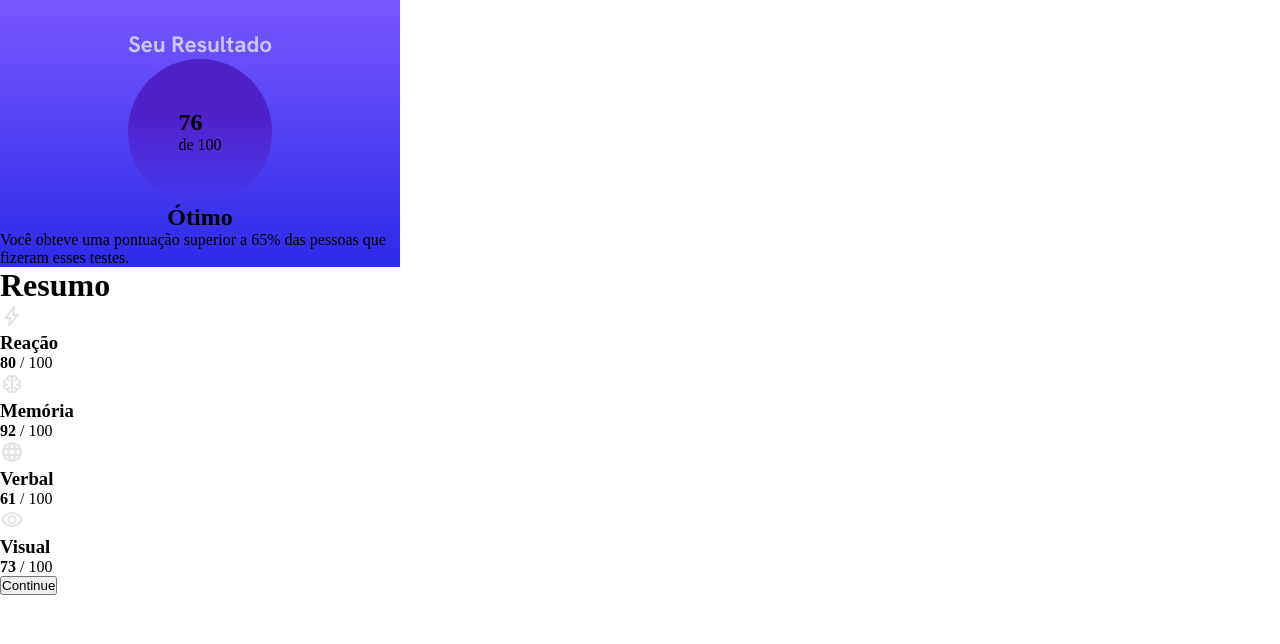
Repository: caique2512/resumo-de-resultados
Page: index.html
These files come from the project's save history. The page is drawn as it stood at one moment and after the next save; the edit follows.
The browser window is 1280 px wide. The pictures show the whole page.

Above is the page before, as saved 2026-03-05 23:15:26.

### index.html
<!DOCTYPE html>
<html lang="pt-br">
<head>
    <meta charset="UTF-8">
    <meta name="viewport" content="width=device-width, initial-scale=1.0">
    <title>Resumo de Resultados</title>
    <link rel="stylesheet" href="src/css/estilos.css">
    <link rel="stylesheet" href="src/css/reset.css">
</head>
<body>
    <main class="conteudo">
        <div class="principal">
            <h1 class="titulo">Seu Resultado</h1>
            <div class="circulo">
                <h2>76</h2>
                <p>de 100</p>
            </div>
            <h2>Ótimo</h2>
            <p class="subtitle">Você obteve uma pontuação superior a 65% das pessoas que fizeram esses testes.</p>
        </div>
        <div>
            <h1 class="titulo1">Resumo</h1>
            <div class="classes">
                <div class="resumo1">
                    <img src="./src/images/raio.svg" alt="Raio">
                    <h3>Reação</h3>
                    <p><strong>80</strong> / 100</p>
                </div>
                <div class="resumo2">
                    <img src="./src/images/memoria.svg" alt="Memória">
                    <h3>Memória</h3>
                    <p><strong>92</strong> / 100</p>
                </div>
                <div class="resumo3">
                    <img src="./src/images/mensagem.svg" alt="Mensagem">
                    <h3>Verbal</h3>
                    <p><strong>61</strong> / 100</p>
                </div>
                <div class="resumo4">
                    <img src="./src/images/olho.svg" alt="olho">
                    <h3>Visual</h3>
                    <p><strong>73</strong> / 100</p>
                </div>
            </div>
            <button class="btn-resumo">Continue</button>
        </div>
    </main>
</body>
</html>

### src/css/estilos.css
@import url('https://fonts.googleapis.com/css2?family=Hanken+Grotesk:ital,wght@0,100..900;1,100..900&display=swap');


.principal {
    background: linear-gradient(hsl(252, 100%, 67%), hsl(241, 81%, 54%));
    width: 400px;
    display: flex;
    flex-direction: column;
    align-items: center;
}

.titulo {
    color: hsl(241, 100%, 89%);
    font-family: "Hanken Grotesk";
    margin-top: 30px;
    font-size: 1.4rem;
}

.circulo {
    background: linear-gradient(hsla(256, 72%, 46%, 1) 40%, hsla(241, 72%, 46%, 0));
    padding: 50px;
    border-radius: 50%;
}

.circulo h2 {
    font
}

Loaded but not shown: src/css/reset.css (common file)

After the next save:
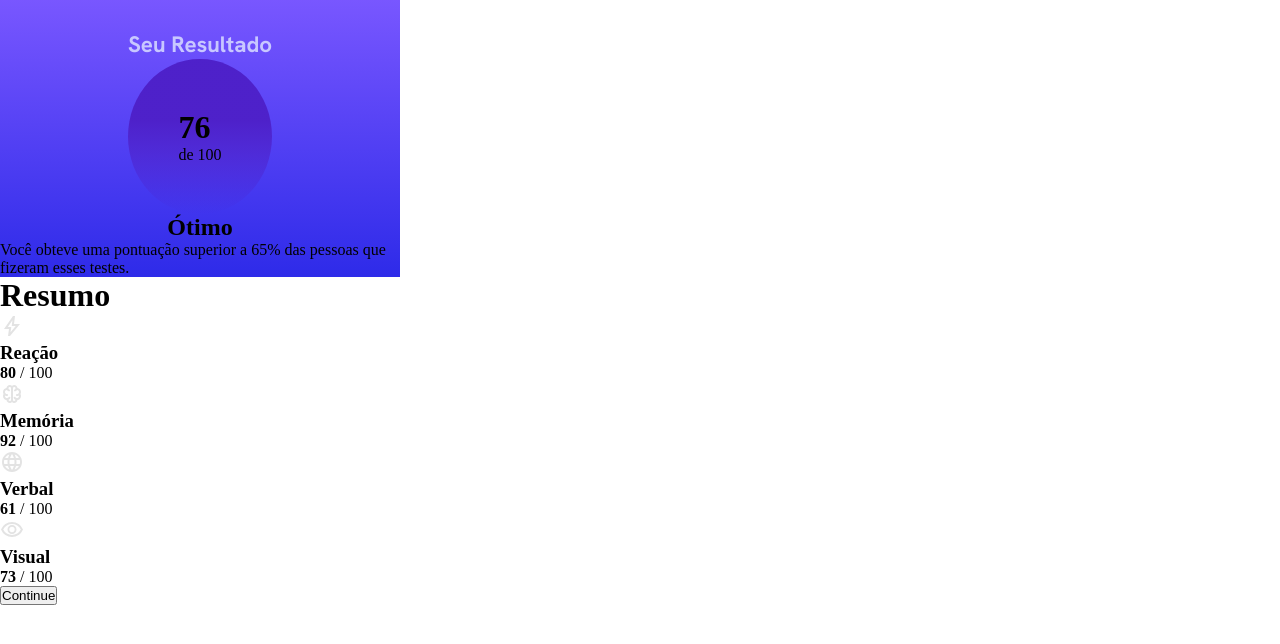
Saved 4 s later.
--- a/src/css/estilos.css
+++ b/src/css/estilos.css
@@ -23,5 +23,5 @@
 }
 
 .circulo h2 {
-    font
+    font-size: 2rem;
 }
